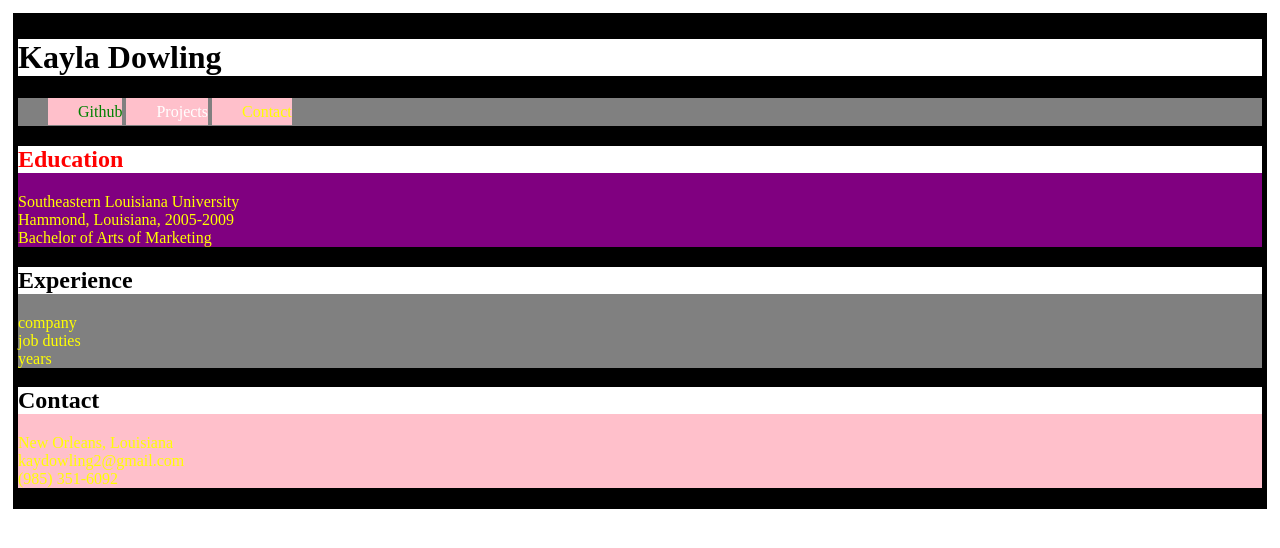
Repository: kayladowling/jekyll_website
Page: home.html
The author's editor kept a record of every edit. The page is drawn from the files as they stood at one moment, then again after the next edit.
The browser window is 1280 px wide. The pictures show the whole page.

Above is the page before.

### home.html
<!DOCTYPE html>
<html>
  <head> <title>Kayla Dowling</title>
  <link href="css/home.css" type="text/css" rel="stylesheet"/> </head>


  <body>
<div class ="wrapper">

   <header> <!-- Start of header -->
   <h1>Kayla Dowling</h1>
   <nav>
  <ul>
      <li><a href="https://github.com/kayladowling" id="github">Github</a></li>
      <li><a href="projects.html" id="projects">Projects</a></li>
      <li>Contact</li>
  </ul>
  </nav>
 </header>  <!-- end of header -->

  <section class="education"> <!-- start of education section -->
    <h2>Education</h2>
<p>Southeastern Louisiana University </br>
  Hammond, Louisiana, 2005-2009 </br>
 Bachelor of Arts of Marketing </p>
 </section> <!-- end of education section -->

 <section class="experience"> <!-- start of eperience -->
  <h2>Experience</h2>
  <p>company </br>
  job duties </br>
  years</p>
  </section> <!-- end of eperience -->

 <section class="contact"> <!-- start of contact -->
 <h2>Contact</h3>
 <p>New Orleans, Louisiana <br>
 kaydowling2@gmail.com <br>
 (985) 351-6092 </p>

 </section> <!-- end of contact -->

 <footer>
     <!-- add footer content-->
 </footer>
  </div> <!-- end of wrapper -->
 </body>
</html>

### css/home.css

body {
   padding: 5px;
}
h1 {
    background-color: white;
}

h2 {
    background-color: white;
}

p {
    color: yellow;

}

nav ul {
    margin: 0px;
    padding: 5px 0px 5px 30px;
    background: gray;
}

nav li {
    display:inline;
    padding: 5px 0px 5px 30px;
    background: pink;
    color: yellow;
}

.wrapper {
    background-color: black;
    padding: 5px;
}

a {
    text-decoration: none;
    color: white;
}

.education {
    color: red;
    background-color: purple;
}

.experience {
    background-color: gray;
}

.contact {
    background-color: pink;
}

#github {
    color: green;
}

After the next edit:
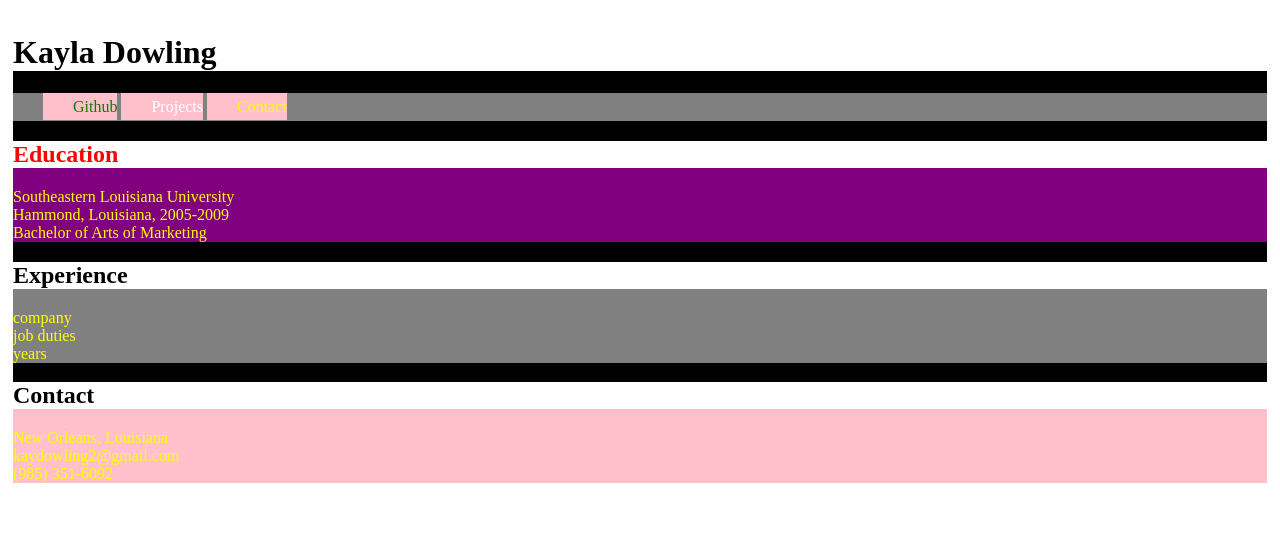
The edit:
--- a/css/home.css
+++ b/css/home.css
@@ -30,7 +30,7 @@
 
 .wrapper {
     background-color: black;
-    padding: 5px;
+
 }
 
 a {
